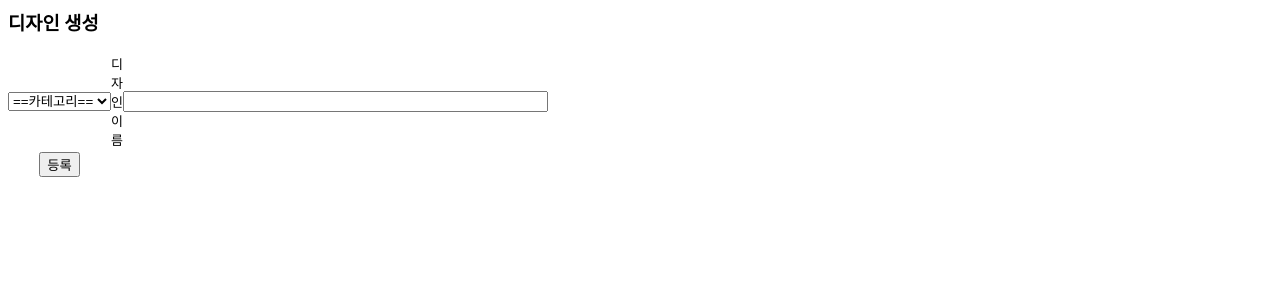
Repository: sjeong12/Photos
Page: http://localhost/LSJ_PHOTO/CustomDesign/addDesign.jsp
An editor plug-in stored every save of this project. The page is shown before and after the next save, followed by the edit.
The browser window is 1280 px wide. The pictures show the whole page.
The page is served by Tomcat 9.

Above is the page before, as saved 2016-12-07 11:35:31.

After the next save:
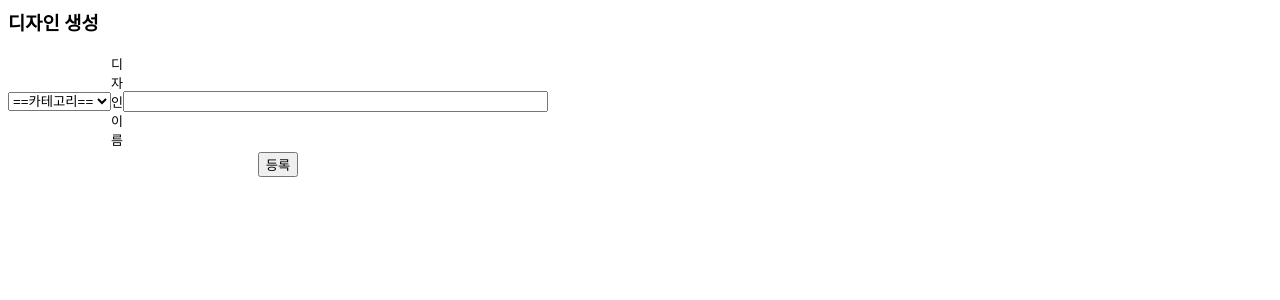
Saved 39 s later.
--- a/LSJ_PHOTO/WebContent/CustomDesign/addDesign.jsp
+++ b/LSJ_PHOTO/WebContent/CustomDesign/addDesign.jsp
@@ -31,7 +31,7 @@ function valid_check()
 <FORM NAME = "frm_d" ACTION = "/LSJ_PHOTO/home.jsp?page=CustomDesign/addDesign_ok" METHOD = "post" ENCTYPE="multipart/form-data">
 <TABLE WIDTH = "400" BORDER = "0" CellPadding = "0" CellSpacing = "0">
 	<TR>
-		<TD WIDTH = "30%" ALIGN = "left" COLSPAN = "2">
+		<TD WIDTH = "30%" ALIGN = "left">
 		<SELECT NAME="category">
         <OPTION VALUE="">==카테고리==</OPTION>
         <OPTION VALUE="1">앨범</OPTION>
@@ -46,7 +46,7 @@ function valid_check()
 		</TD>
 	</TR>
 	<TR>
-		<TD WIDTH = "100%" ALIGN = "center" COLSPAN = "2">
+		<TD WIDTH = "100%" ALIGN = "center" COLSPAN = "3">
 		<TABLE>
 			<TR>
 				<TD WIDTH = "34%" ALIGN = "center">
